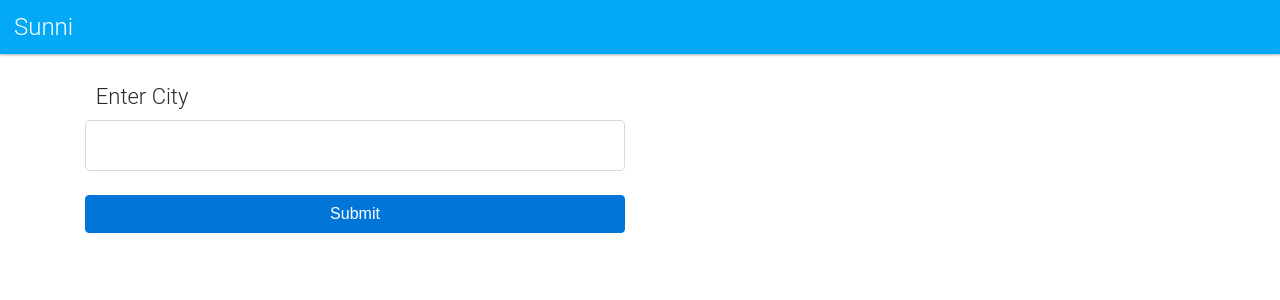
Repository: Oakga/Weather_app
Page: index.html
The author's editor kept a copy of each file at every save. The page is drawn from the files as they stood at one save, then again after the next save.
The browser window is 1280 px wide. The pictures show the whole page.

Above is the page before, as saved 2017-09-22 05:11:01.

### index.html
<!DOCTYPE html>
<html>
<head>
    <meta charset="utf-8">
    <link rel="stylesheet" href="https://maxcdn.bootstrapcdn.com/bootstrap/4.0.0-alpha.6/css/bootstrap.min.css" integrity="sha384-rwoIResjU2yc3z8GV/NPeZWAv56rSmLldC3R/AZzGRnGxQQKnKkoFVhFQhNUwEyJ" crossorigin="anonymous">
    <!-- <link href='http://fonts.googleapis.com/css?family=Roboto:400,300,700' rel='stylesheet' type='text/css'> -->
    <link href="css/styles.css" rel="stylesheet" type="text/css">
    <script src="https://unpkg.com/axios/dist/axios.min.js"></script>
</head>
<body>
    <header>
        <h1>Sunni</h1>
    </header>
    <div class="container">
        <div class="row">
        <div class="col">
        <h2>Enter City</h2>
        <form id="location-form">
            <input type="text" id="location-input" class="form-control form-control-lg "/>
            <br>
            <button type="submit" class="btn btn-primary btn-block">Submit</button>
          </form>
        <div id="formatted-address"></div>
        <div id="geometry-component"></div>
    </div>
    <div class="col"></div>
    </div>
    </div>
    <div id="weather-component"></div>
    <script src="js/main.js"></script>
</body>
</html>

### css/styles.css
body {
    font-family: 'Roboto', 'Sans Serif';
    font-size: 16px;
    padding: 0;
    margin: 0;
}

header {
    background-color: #03A9F4;
    padding: 14px;
    box-shadow: 0 1px 3px rgba(0,0,0,0.12), 0 1px 2px rgba(0,0,0,0.24);
}

h1, h2, h3 {
    font-weight: 300;
}

header > h1 {
    font-weight: 300;
    font-size: 24px;
    margin: 0;
    color: #FFFFFF;
}

h2 {
    font-size: 22px;
    margin: 20px 0 0 0;
    padding: 2%;
}

.table {
    border-radius: 5px;
    width: 50%;
    margin: 0px auto;
    float: none;
}

### js/main.js

let geoCode = (location) => {
    axios.get('https://maps.googleapis.com/maps/api/geocode/json',{
    params:{
        address: location,
        key: 'AIzaSyAkYBjwd7ygcP8GpAz47QsP3s3vaweLAE0'
    }
}).then(function(response){
    const formattedAddr = response.data.results[0].formatted_address;
    const formattedAddrOutput = `
            <ul class="list-group">
            <li class="list-group-item">
            ${formattedAddr}
            </li>
            </ul>
            `;
    let addressComponents = response.data.results[0].address_components;
    let lat = Math.round(response.data.results[0].geometry.location.lat*10000)/10000;
    let lng = Math.round(response.data.results[0].geometry.location.lng*10000)/10000;
    let geometryOutput = `
            <ul class="list-group">
            <li class="list-group-item">
            <strong>
            Latitude
            </strong>: ${lat}
            </li>
            <li class="list-group-item">
            <strong>
            Longitude
            </strong>: ${lng}
            </li>
            </ul>
            `;
    document.getElementById('formatted-address').innerHTML = formattedAddrOutput;
    document.getElementById('geometry-component').innerHTML = geometryOutput;

    darkSky(lat,lng);

})
.catch(function(error){
    const formattedAddrOutput = `
    <div class="alert alert-danger" role="alert">
    <strong>Unknown Location!</strong> Change a few things up and try submitting again.
    </div>
    `;
    document.getElementById('formatted-address').innerHTML = formattedAddrOutput;
})
};

let darkSky = (lat, lng, date = Date.now()) => {
    let apiCall = 'https://cors-anywhere.herokuapp.com/https://api.darksky.net/forecast/c84a2f187efcca194054935abae32b10/'+lat+','+lng;
    axios.get(apiCall,{
        params: {
            exclude: '[hourly,flags]',
            time: date
        }
    }).then(function(response){
        let weeklyReport = [];
        const months = ['Jan','Feb','Mar','Apr','May','Jun','Jul','Aug','Sep','Oct','Nov','Dec'];
        const days = ['Sun','Mon','Tue','Wed','Thur','Fri','Sat'];
        let year, month, day;
        const currentDate =  response.data.currently;
        const dailyDate = response.data.daily.data;
        for(let i=0;i<dailyDate.length;i++){
            var date = new Date(dailyDate[i].time*1000);
            year = date.getFullYear();
            month = months[date.getMonth()];
            day = days[date.getDay()];
            numDate = date.getDate();
            formattedTime = numDate + ' ' + month + ' ' + year;
            const dayReport = weeklyReport[i] = {
                Time: formattedTime,
                Humidity: dailyDate[i].humidity,
                Precipitation: dailyDate[i].precipProbability,
                Intensity: dailyDate[i].precipIntensity,
                Wind: dailyDate[i].windSpeed,
                MaxTemperature: dailyDate[i].temperatureMax,
                MinTemperature: dailyDate[i].temperatureMin,
            };
        };
        console.log(weeklyReport);
        let columnNames = ``;
        for ( property in weeklyReport[0] ) {
            columnNames += `
            <th>
            ${property}
            </th>
            `;
        };

        let itemRows = ``;
        let reportForTheDay;
        for(var i=0;i<weeklyReport.length;i++){
            reportForTheDay=weeklyReport[i];
            itemRows += `<tr>
            <th scope="row">${reportForTheDay.Time}</th>
            <td>${reportForTheDay.Humidity}</td>
            <td>${reportForTheDay.Precipitation}</td>
            <td>${reportForTheDay.Intensity}</td>
            <td>${reportForTheDay.Wind}</td>
            <td>${reportForTheDay.MaxTemperature}</td>
            <td>${reportForTheDay.MinTemperature}</td>
            </tr>`
        };

        let tableOutput = `
            <h2>Future ForeCasts</h2>
            <table class="table">
            <thead class="thead-inverse" id="table-index">
            ${columnNames}
            </thead>
            <tbody>
            ${itemRows}
            </tbody>
            </table>
        `;
        document.getElementById('weather-component').innerHTML = tableOutput;

    })
    .catch(function(error){
        console.log(error);
        const alert = `
        <div class="alert alert-danger" role="alert">
        <strong>Cannot find Weather information!</strong> Change a few things up and try submitting again.
        </div>
        `;
        document.getElementById('weather-component').insertAdjacentHTML("afterbegin",alert);
    })
    ;
}


document.getElementById('location-form').addEventListener('submit', function (e){
    e.preventDefault();
    let location = document.getElementById('location-input').value;
    geoCode(location);

});

After the next save:
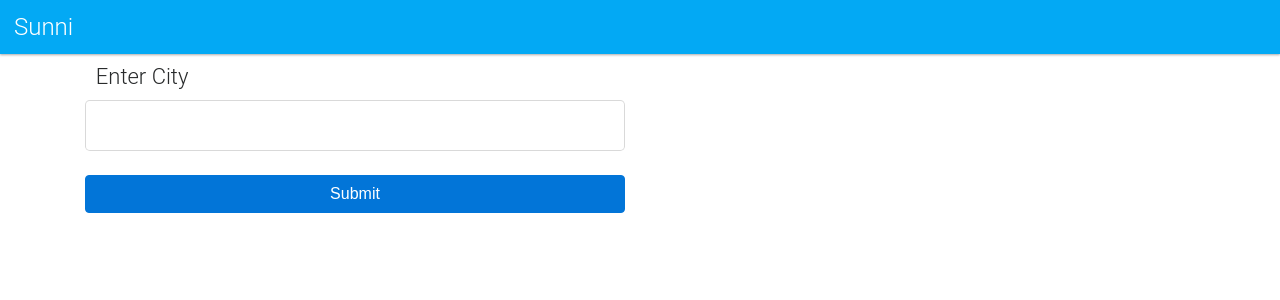
Saved 84 s later.
--- a/css/styles.css
+++ b/css/styles.css
@@ -24,8 +24,9 @@
 
 h2 {
     font-size: 22px;
-    margin: 20px 0 0 0;
+
     padding: 2%;
+    margin: 0px auto;
 }
 
 .table {

After the save that followed:
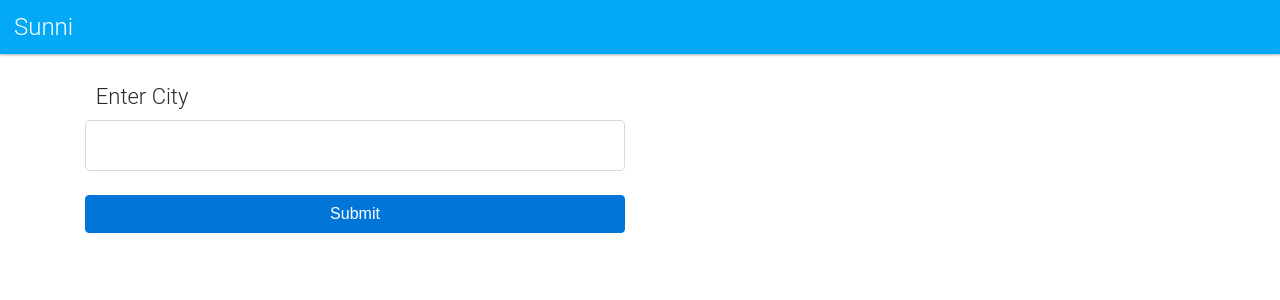
Saved 24 s later.
--- a/css/styles.css
+++ b/css/styles.css
@@ -24,9 +24,8 @@
 
 h2 {
     font-size: 22px;
-
+    margin: 20px 0 0 0;
     padding: 2%;
-    margin: 0px auto;
 }
 
 .table {
